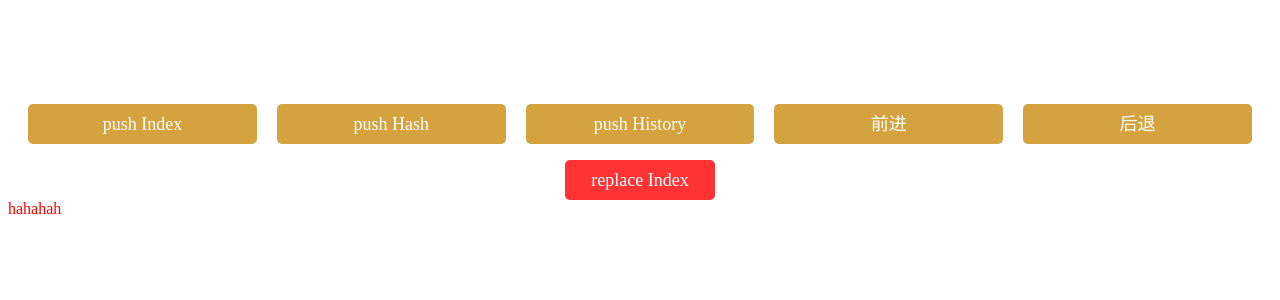
Repository: lihanruiwork/veryNB
Page: /
These files come from the project's save history. The page is drawn as it stood at one moment and after the next save; the edit follows.
The browser window is 1280 px wide. The pictures show the whole page.
The project was rebuilt for these pictures with package versions that can differ from the ones it lists, and the page was loaded fresh each time. Also part of the build but not shown: webpack.config.js.

Above is the page before, as saved 2019-03-03 21:35:18.

After the next save:
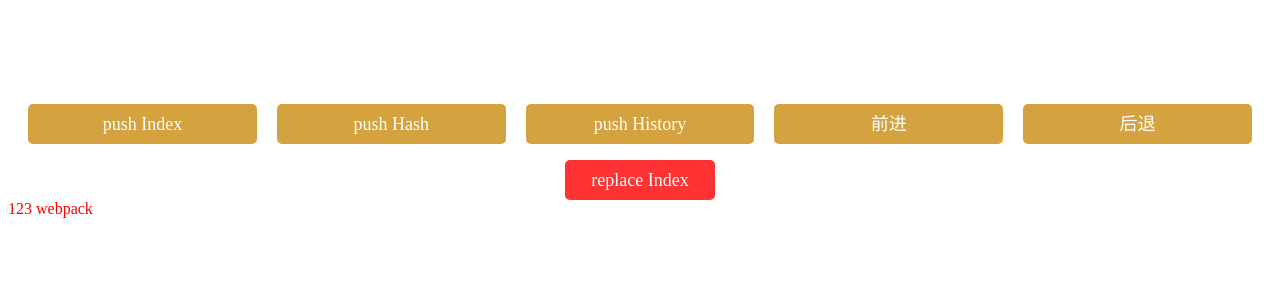
Saved 12 s later.
--- a/src/index.js
+++ b/src/index.js
@@ -2,15 +2,7 @@ import _ from 'lodash';
 import './style.css';
 function component() {
   var element = document.createElement('div');
-  // var li1 = document.createElement('li');
-  // var li2 = document.createElement('li');
-  // li1.dataset.url = '/hash';
-  // li1.innerText = 'push hash';
-  // li2.dataset.url = '/history';
-  // li2.innerText = 'push history';
-  // element.appendChild(li1);
-  // element.appendChild(li2);
-  element.innerHTML = "hahahah";
+  element.innerHTML = _.join(['123', 'webpack'], ' ');
   element.classList.add('hello');
   return element;
 }
